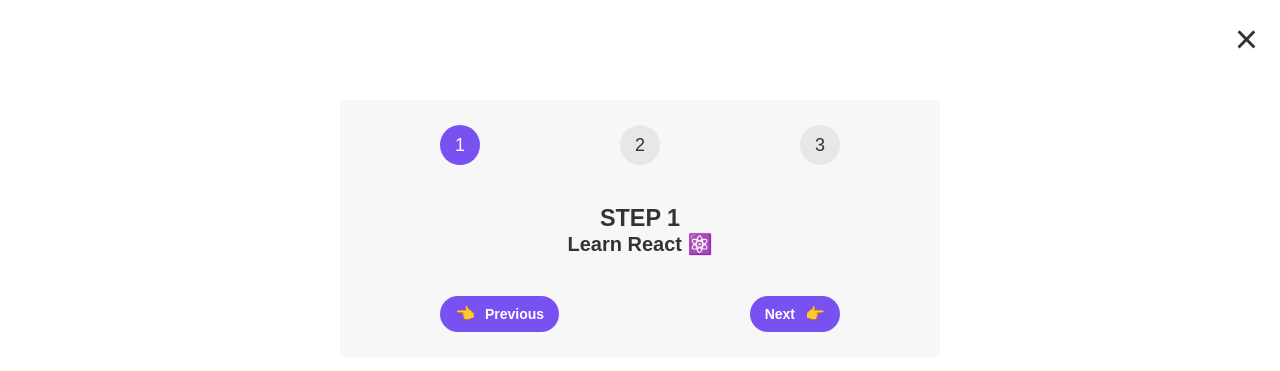
Repository: masamichan/steps
Page: /
The author's editor kept a copy of each file at every save. The page is drawn from the files as they stood at one save, then again after the next save.
The browser window is 1280 px wide. The pictures show the whole page.
The project was rebuilt for these pictures with package versions that can differ from the ones it lists, and the page was loaded fresh each time.

Above is the page before, as saved 2024-01-23 09:43:37.

After the next save:
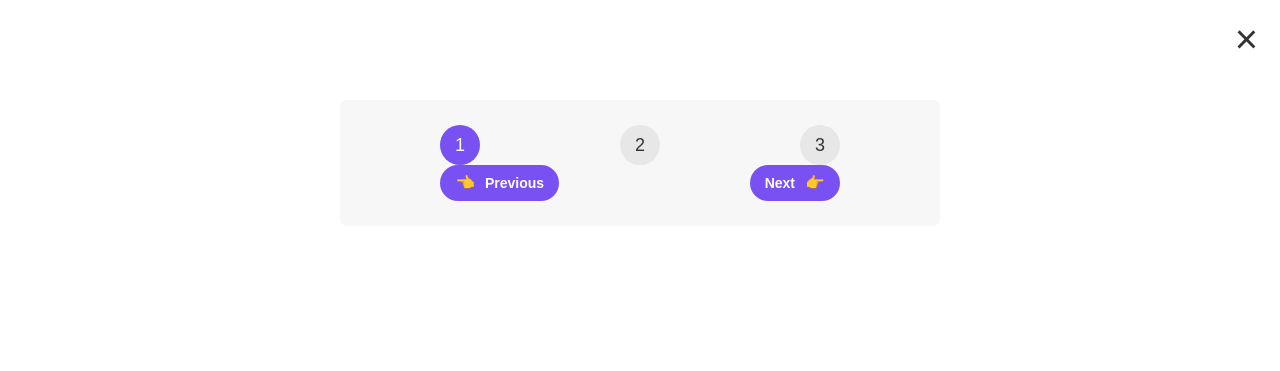
Saved 94 s later.
--- a/src/App.js
+++ b/src/App.js
@@ -33,10 +33,7 @@
             <div className={step >= 2 ? "active" : ""}>2</div>
             <div className={step >= 3 ? "active" : ""}>3</div>
           </div>
-          <p className="message">
-            <h3>step {step}</h3>
-            {messages[step - 1]}
-          </p>
+
           <div className="buttons">
             <Button bgColor="#7950f2" textColor="#fff" onClick={handlePrevious}>
               <span>👈</span> Previous
@@ -56,6 +53,13 @@
   );
 }
 
+function StepMessage() {
+  <p className="message">
+    <h3>step {step}</h3>
+    {messages[step - 1]}
+  </p>;
+}
+
 function Button({ textColor, bgColor, onClick, children }) {
   return (
     <button

After the 4 saves that followed:
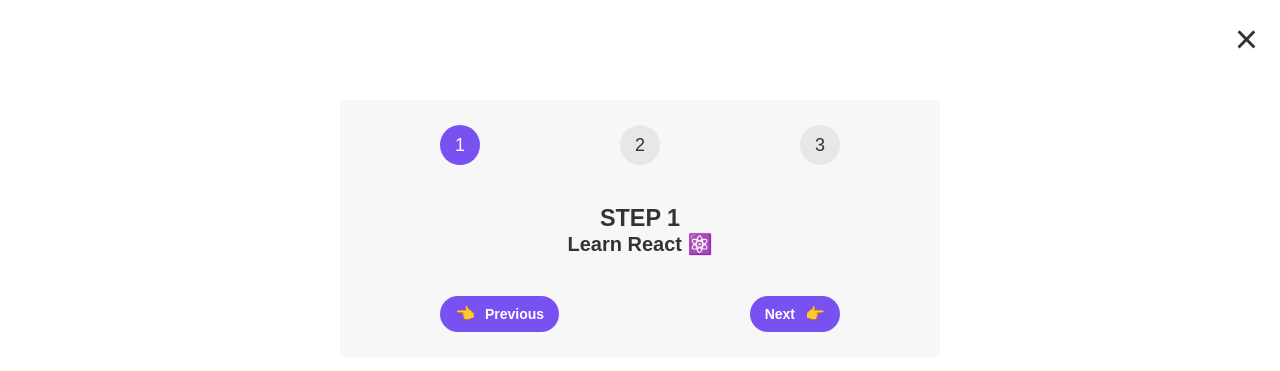
The 4 saves are shown as one change because 3 left the picture as it was.
The last was saved 14 min 35 s later.
--- a/src/App.js
+++ b/src/App.js
@@ -34,6 +34,10 @@
             <div className={step >= 3 ? "active" : ""}>3</div>
           </div>
 
+          <p className="message">
+            <h3>Step {step}</h3> {messages[step - 1]}
+          </p>
+
           <div className="buttons">
             <Button bgColor="#7950f2" textColor="#fff" onClick={handlePrevious}>
               <span>👈</span> Previous
@@ -53,10 +57,10 @@
   );
 }
 
-function StepMessage() {
+function StepMessage({ step, children }) {
   <p className="message">
     <h3>step {step}</h3>
-    {messages[step - 1]}
+    {children}
   </p>;
 }
 
